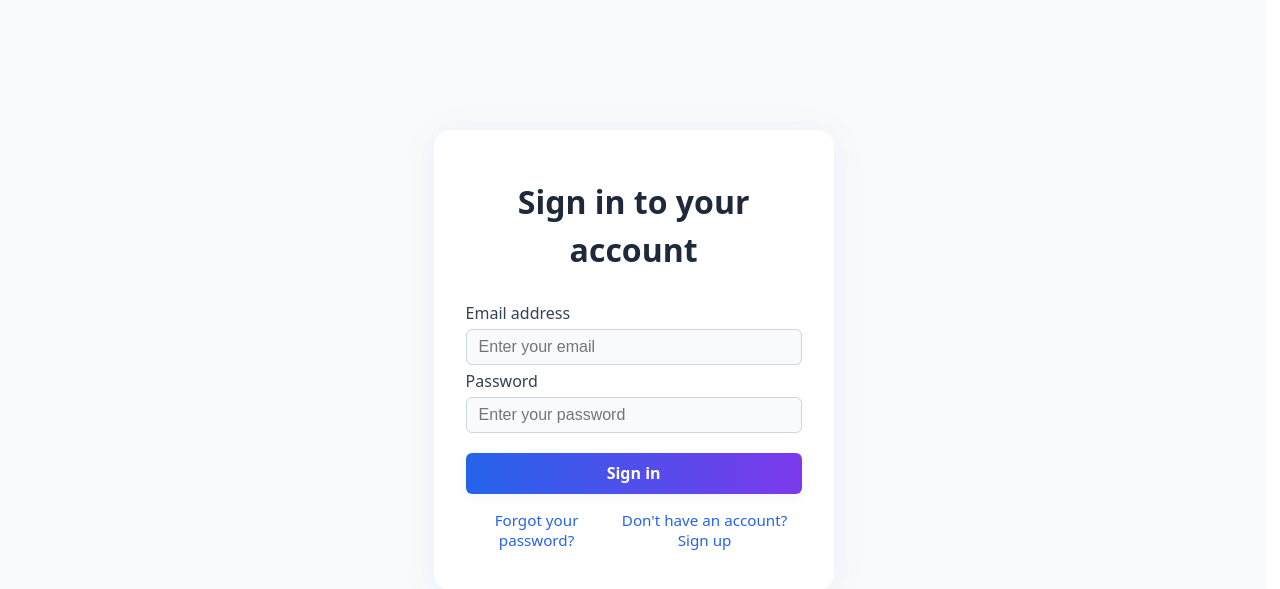
Repository: him021204/Task-Manager
Page: / (app in client/)
The author's editor kept a copy of each file at every save. The page is drawn from the files as they stood at one save, then again after the next save.
The browser window is 1280 px wide. The pictures show the whole page.
The page's requests for data from a server got no answer. The project was rebuilt for these pictures with package versions that can differ from the ones it lists, and the page was loaded fresh each time. No one was signed in, and anything a server would have sent is missing. Also part of the build but not shown: client/vite.config.js, client/src/pages/Dashboard.css, client/src/pages/Dashboard.jsx, client/src/pages/Register.css, client/src/pages/Register.jsx, client/src/pages/Analytics.css, client/src/pages/Analytics.jsx, client/src/pages/CalendarView.css and 1 more.

Above is the page before, as saved 2025-06-16 19:59:37.

### client/src/App.jsx
import { BrowserRouter as Router, Routes, Route } from 'react-router-dom';
import { SocketProvider } from './context/SocketContext';
import { AuthProvider } from './context/AuthContext';
import Home from './pages/Home';
import Dashboard from './pages/Dashboard';
import Login from './pages/Login';
import Register from './pages/Register';
import Analytics from './pages/Analytics';
import CalendarView from './pages/CalendarView';
import { ToastContainer } from 'react-toastify';
import 'react-toastify/dist/ReactToastify.css';

const App = () => {
  // You can also remove the dark state if not needed
  // const [dark, setDark] = useState(false);
  return (
    <div className="min-h-screen bg-gray-100 text-black">
      <AuthProvider>
        <SocketProvider>
          <Router>
            <main className="pt-12 px-2 max-w-7xl mx-auto">
              <Routes>
                <Route path="/" element={<Login />} />
                <Route path="/home" element={<Home />} />
                <Route path="/dashboard" element={<Dashboard />} />
                <Route path="/register" element={<Register />} />
                <Route path="/analytics" element={<Analytics />} />
                <Route path="/calendar" element={<CalendarView />} />
              </Routes>
            </main>
          </Router>
          <ToastContainer position="top-right" autoClose={3000} />
        </SocketProvider>
      </AuthProvider>
    </div>
  );
};

export default App;

### client/src/context/SocketContext.jsx
import { createContext, useContext, useEffect } from 'react';
import { socket } from '../utils/socket';

const SocketContext = createContext();

export const SocketProvider = ({ children }) => {
  useEffect(() => {
    return () => socket.disconnect();
  }, []);

  return (
    <SocketContext.Provider value={socket}>
      {children}
    </SocketContext.Provider>
  );
};

export const useSocket = () => useContext(SocketContext);

### client/src/context/AuthContext.jsx
import { createContext, useContext, useEffect, useState } from 'react';
import axios from 'axios';

export const AuthContext = createContext();

export const AuthProvider = ({ children }) => {
  const [user, setUser] = useState(null);
  const [token, setToken] = useState(localStorage.getItem('token'));

  useEffect(() => {
    if (token) {
      axios.defaults.headers.common['Authorization'] = `Bearer ${token}`;
      setUser(JSON.parse(localStorage.getItem('user')));
    }
  }, [token]);

  const login = (data) => {
    localStorage.setItem('token', data.token);
    localStorage.setItem('user', JSON.stringify(data.user));
    setUser(data.user);
    setToken(data.token);
  };

  const logout = () => {
    localStorage.clear();
    setUser(null);
    setToken(null);
  };

  return (
    <AuthContext.Provider value={{ user, login, logout }}>
      {children}
    </AuthContext.Provider>
  );
};

export const useAuth = () => useContext(AuthContext);

### client/src/pages/Login.jsx
import { useNavigate } from 'react-router-dom';
import { useState } from 'react';
import axios from 'axios';
import './Login.css';

const Login = () => {
  const navigate = useNavigate();
  const [form, setForm] = useState({ email: '', password: '' });
  const [errors, setErrors] = useState({});
  const [isLoading, setIsLoading] = useState(false);
  const [serverError, setServerError] = useState('');

  // Handle input changes
  const handleInputChange = (field, value) => {
    setForm((prev) => ({ ...prev, [field]: value }));
    setErrors((prev) => ({ ...prev, [field]: '' }));
  };

  // Handle form submit
  const handleSubmit = async (e) => {
  e.preventDefault();

  let newErrors = {};
  if (!form.email) newErrors.email = 'Email is required';
  if (!form.password) newErrors.password = 'Password is required';
  setErrors(newErrors);
  if (Object.keys(newErrors).length > 0) return;

  try {
    setIsLoading(true);
    setServerError('');
    const res = await axios.post('http://localhost:5000/api/auth/login', form);
    if (res.data.token) {
      localStorage.setItem('token', res.data.token);
      navigate('/home');
    } else {
      setServerError('No token received from server');
    }
  } catch {
    setServerError('Invalid email or password');
  } finally {
    setIsLoading(false);
  }
};

  return (
    <div className="login-bg">
      <div className="login-container">
        <h2 className="login-title">Sign in to your account</h2>

        {serverError && (
          <div className="login-alert">{serverError}</div>
        )}

        <form className="space-y-4" onSubmit={handleSubmit}>
          {/* Email Field */}
          <div>
            <label htmlFor="email" className="login-label">
              Email address
            </label>
            <input
              id="email"
              name="email"
              type="email"
              autoComplete="email"
              required
              className={`login-input${errors.email ? ' error' : ''}`}
              placeholder="Enter your email"
              value={form.email}
              onChange={(e) => handleInputChange('email', e.target.value)}
              disabled={isLoading}
            />
            {errors.email && (
              <div className="login-error">{errors.email}</div>
            )}
          </div>

          {/* Password Field */}
          <div>
            <label htmlFor="password" className="login-label">
              Password
            </label>
            <input
              id="password"
              name="password"
              type="password"
              autoComplete="current-password"
              required
              className={`login-input${errors.password ? ' error' : ''}`}
              placeholder="Enter your password"
              value={form.password}
              onChange={(e) => handleInputChange('password', e.target.value)}
              disabled={isLoading}
            />
            {errors.password && (
              <div className="login-error">{errors.password}</div>
            )}
          </div>

          {/* Submit Button */}
          <button
            type="submit"
            disabled={isLoading}
            className="login-btn"
          >
            {isLoading ? (
              <>
                <svg className="animate-spin -ml-1 mr-3 h-5 w-5 text-white" xmlns="http://www.w3.org/2000/svg" fill="none" viewBox="0 0 24 24">
                  <circle className="opacity-25" cx="12" cy="12" r="10" stroke="currentColor" strokeWidth="4"></circle>
                  <path className="opacity-75" fill="currentColor" d="M4 12a8 8 0 018-8V0C5.373 0 0 5.373 0 12h4zm2 5.291A7.962 7.962 0 014 12H0c0 3.042 1.135 5.824 3 7.938l3-2.647z"></path>
                </svg>
                Signing in...
              </>
            ) : (
              'Sign in'
            )}
          </button>
        </form>

        {/* Additional Links */}
        <div className="login-links">
          <button className="login-link-btn" type="button">
            Forgot your password?
          </button>
          <button
            className="login-link-btn"
            type="button"
            onClick={() => navigate('/register')}
          >
            Don't have an account? Sign up
          </button>
        </div>
      </div>
    </div>
  );
};

export default Login;

### client/src/pages/Home.css
/* Base Container */
*,
*::before,
*::after {
  box-sizing: border-box;
}

.home-container {
  min-height: 100vh;
  width: 99vw;
  background: linear-gradient(135deg, #f1f5f9 0%, #e0f2fe 50%, #e0e7ff 100%);
  font-family: -apple-system, BlinkMacSystemFont, "Segoe UI", Roboto, sans-serif;
  overflow-x: hidden;
}

/* Navigation Bar */
.navbar {
  width: 100%;
  background: rgba(255, 255, 255, 0.85);
  border-bottom: 1px solid #e5e7eb;
  padding: 16px 0;
  position: sticky;
  top: 0;
  z-index: 50;
}

.nav-content {
  max-width: 1200px;
  margin: 0 auto;
  display: flex;
  align-items: center;
  justify-content: space-between;
  padding: 0 32px;
}

.logo {
  font-weight: bold;
  font-size: 22px;
  color: #2563eb;
  letter-spacing: 1px;
}

.nav-links {
  display: flex;
  gap: 28px;
}

.nav-link {
  color: #475569;
  font-weight: 500;
  text-decoration: none;
  transition: color 0.3s ease, outline 0.2s;
  outline: none;
}

.nav-link.active,
.nav-link:focus,
.nav-link:hover {
  color: #2563eb;
  outline: 2px solid #2563eb;
  outline-offset: 2px;
}

/* Welcome Banner */
.welcome-banner {
  background: linear-gradient(90deg, rgba(59, 130, 246, 0.1), rgba(168, 85, 247, 0.1), rgba(34, 197, 94, 0.1));
  backdrop-filter: blur(10px);
  border-bottom: 1px solid rgba(255, 255, 255, 0.2);
  padding: 16px;
  text-align: center;
  font-size: 1.1rem;
}

/* Hero Section */
.hero-section {
  padding: 80px 20px;
  position: relative;
  overflow: hidden;
}

.bg-element {
  position: absolute;
  border-radius: 50%;
  filter: blur(60px);
  animation: pulse 4s infinite;
  pointer-events: none;
  z-index: 1;
}

.bg-element-1 {
  top: -160px;
  right: -160px;
  width: 320px;
  height: 320px;
  background: linear-gradient(135deg, rgba(59, 130, 246, 0.3), rgba(147, 51, 234, 0.3));
}

.bg-element-2 {
  bottom: -160px;
  left: -160px;
  width: 384px;
  height: 384px;
  background: linear-gradient(45deg, rgba(34, 197, 94, 0.2), rgba(59, 130, 246, 0.2));
  animation: pulse 6s infinite;
}

.hero-content {
  max-width: 1200px;
  margin: 0 auto;
  position: relative;
  z-index: 10;
}

.hero-text {
  text-align: center;
  margin-bottom: 64px;
}

/* Main Heading */
.main-heading {
  margin-bottom: 32px;
}

.heading-line-1, .heading-line-2 {
  display: inline-block;
  text-align: center;
  font-size: clamp(36px, 8vw, 100px);
  font-weight: bold;
  line-height: 1.1;
  border-radius: 30px;
  margin: 0;
  -webkit-background-clip: text;
  background-clip: text;
  width: 100%;
}

.heading-line-1 {
  background: linear-gradient(135deg, #1e293b, #1d4ed8, #4338ca);
  margin-bottom: 6px;
}

.heading-line-2 {
  background: linear-gradient(135deg, #2563eb, #7c3aed, #4f46e5);
}

/* Subtitle */
.subtitle {
  font-size: clamp(16px, 3vw, 28px);
  color: #475569;
  margin-bottom: 48px;
  max-width: 800px;
  margin: 0 auto 48px auto;
  line-height: 1.6;
  font-weight: 300;
}

.highlight {
  font-weight: 600;
  color: #1d4ed8;
}

/* CTA Container */
.cta-container {
  display: flex;
  flex-direction: row;
  justify-content: center;
  gap: 24px;
  margin-bottom: 80px;
}

@media (max-width: 640px) {
  .cta-container {
    flex-direction: column;
    gap: 16px;
  }
}

.cta-button {
  background: linear-gradient(135deg, #2563eb, #7c3aed);
  color: white;
  padding: 20px 40px;
  border-radius: 16px;
  font-weight: bold;
  font-size: 20px;
  border: none;
  cursor: pointer;
  box-shadow: 0 20px 40px rgba(37, 99, 235, 0.3);
  transition: all 0.3s ease;
  display: flex;
  align-items: center;
  justify-content: center;
  gap: 8px;
  text-decoration: none;
}

.cta-button:focus,
.cta-button:hover {
  background: linear-gradient(135deg, #1d4ed8, #7c3aed);
  outline: 2px solid #2563eb;
  outline-offset: 2px;
}

/* Stats Section */
.stats-grid {
  display: grid;
  grid-template-columns: repeat(auto-fit, minmax(300px, 1fr));
  gap: 32px;
  max-width: 1000px;
  margin: 0 auto;
}

.stat-card {
  background: rgba(255, 255, 255, 0.6);
  backdrop-filter: blur(20px);
  padding: 32px;
  border-radius: 24px;
  box-shadow: 0 20px 40px rgba(0, 0, 0, 0.1);
  border: 1px solid rgba(255, 255, 255, 0.2);
  text-align: center;
  transition: all 0.5s ease;
  cursor: pointer;
}

.stat-card:focus,
.stat-card:hover {
  box-shadow: 0 30px 60px rgba(37, 99, 235, 0.15);
  border-color: #2563eb;
}

.stat-icon {
  font-size: 48px;
  margin-bottom: 16px;
}

.stat-number {
  font-size: 48px;
  font-weight: bold;
  -webkit-background-clip: text;
  -webkit-text-fill-color: transparent;
  background-clip: text;
  margin-bottom: 12px;
}

.gradient-blue {
  background: linear-gradient(135deg, #2563eb, #06b6d4);
}

.gradient-green {
  background: linear-gradient(135deg, #10b981, #34d399);
}

.gradient-purple {
  background: linear-gradient(135deg, #8b5cf6, #ec4899);
}

.stat-label {
  color: #64748b;
  font-weight: 500;
  font-size: 18px;
}

/* Features Section */
.features-section {
  padding: 96px 20px;
  background: rgba(248, 250, 252, 0.5);
}

.features-container {
  max-width: 1200px;
  margin: 0 auto;
}

/* Section Header */
.section-header {
  text-align: center;
  margin-bottom: 80px;
}

.features-title {
  font-size: clamp(32px, 6vw, 72px);
  font-weight: bold;
  margin-bottom: 24px;
  background: linear-gradient(135deg, #1e293b, #1d4ed8);
  -webkit-background-clip: text;
  -webkit-text-fill-color: transparent;
  background-clip: text;
}

.features-subtitle {
  font-size: 24px;
  color: #475569;
  max-width: 600px;
  margin: 0 auto;
  line-height: 1.6;
}

/* Features Grid */
.features-grid {
  display: grid;
  grid-template-columns: repeat(auto-fit, minmax(300px, 1fr));
  gap: 32px;
  margin-bottom: 96px;
}

.feature-card {
  background: rgba(255, 255, 255, 0.4);
  backdrop-filter: blur(20px);
  padding: 40px;
  border-radius: 24px;
  box-shadow: 0 30px 60px rgba(0, 0, 0, 0.1);
  border: 1px solid rgba(255, 255, 255, 0.3);
  transition: all 0.5s ease;
  cursor: pointer;
}

.feature-card:focus,
.feature-card:hover {
  box-shadow: 0 40px 80px rgba(37, 99, 235, 0.15);
  border-color: #2563eb;
}

.feature-icon-container {
  margin-bottom: 32px;
  padding: 16px;
  background: linear-gradient(135deg, rgba(255, 255, 255, 0.8), rgba(248, 250, 252, 0.8));
  border-radius: 16px;
  display: inline-block;
  box-shadow: 0 8px 16px rgba(0, 0, 0, 0.1);
}

.feature-icon {
  width: 32px;
  height: 32px;
}

.blue-icon {
  color: #3b82f6;
}

.green-icon {
  color: #10b981;
}

.purple-icon {
  color: #8b5cf6;
}

.feature-title {
  font-size: 24px;
  font-weight: bold;
  color: #1e293b;
  margin-bottom: 24px;
}

.feature-description {
  color: #475569;
  line-height: 1.6;
  font-size: 18px;
}

/* Bottom CTA */
.bottom-cta {
  text-align: center;
}

.cta-card {
  background: linear-gradient(135deg, #2563eb, #7c3aed, #4f46e5);
  padding: 64px;
  border-radius: 24px;
  box-shadow: 0 40px 80px rgba(37, 99, 235, 0.3);
  position: relative;
  overflow: hidden;
}

.cta-overlay {
  position: absolute;
  inset: 0;
  background: linear-gradient(135deg, rgba(59, 130, 246, 0.2), rgba(168, 85, 247, 0.2));
  animation: pulse 3s infinite;
}

.cta-content {
  position: relative;
}

.cta-title {
  font-size: clamp(28px, 5vw, 56px);
  font-weight: bold;
  color: white;
  margin-bottom: 24px;
}

.cta-subtitle {
  font-size: 22px;
  margin-bottom: 40px;
  color: rgba(219, 234, 254, 1);
  max-width: 600px;
  margin: 0 auto 40px auto;
}

.trial-button {
  background: white;
  color: #2563eb;
  padding: 24px 48px;
  border-radius: 16px;
  font-weight: bold;
  font-size: 20px;
  border: none;
  cursor: pointer;
  box-shadow: 0 20px 40px rgba(0, 0, 0, 0.2);
  transition: all 0.3s ease;
  display: inline-flex;
  align-items: center;
  gap: 12px;
}

.trial-button:focus,
.trial-button:hover {
  background: #2563eb;
  color: #fff;
  outline: 2px solid #fff;
  outline-offset: 2px;
}

/* Footer */
.footer {
  background: rgba(255, 255, 255, 0.3);
  backdrop-filter: blur(20px);
  padding: 64px 20px;
  border-top: 1px solid rgba(255, 255, 255, 0.2);
}

.footer-content {
  max-width: 1000px;
  margin: 0 auto;
  text-align: center;
}

.footer-text {
  color: #64748b;
  font-size: 20px;
  margin-bottom: 32px;
}

.footer-links {
  display: flex;
  justify-content: center;
  gap: 48px;
  flex-wrap: wrap;
}

.footer-link {
  color: #64748b;
  font-size: 18px;
  font-weight: 500;
  text-decoration: none;
  transition: color 0.3s ease;
}

.footer-link:focus,
.footer-link:hover {
  color: #2563eb;
  outline: 2px solid #2563eb;
  outline-offset: 2px;
}

/* Animations */
@keyframes pulse {
  0%, 100% {
    opacity: 1;
  }
  50% {
    opacity: 0.5;
  }
}

/* Responsive Tweaks */
@media (max-width: 900px) {
  .nav-content {
    padding: 0 12px;
  }
  .hero-section {
    padding: 40px 8px;
  }
  .features-section {
    padding: 48px 8px;
  }
  .cta-card {
    padding: 32px;
  }
}

@media (max-width: 600px) {
  .main-heading {
    font-size: 2rem;
  }
  .stat-card,
  .feature-card {
    padding: 18px;
    border-radius: 14px;
  }
  .cta-card {
    padding: 18px;
    border-radius: 14px;
  }
  .footer {
    padding: 24px 8px;
  }
}

### client/src/pages/Login.css
.login-bg {
  min-height: 100vh;
  width: 99vw;
  display: flex;
  align-items: center;
  justify-content: center;
  background: #f9fafb;
  padding: 3rem 1rem;
}

.login-container {
  width: 100%;
  max-width: 400px;
  background: #fff;
  border-radius: 1rem;
  box-shadow: 0 4px 32px rgba(37, 99, 235, 0.08);
  padding: 2.5rem 2rem;
  margin: 0 auto;
}

.login-title {
  margin-top: 0.5rem;
  text-align: center;
  font-size: 2rem;
  font-weight: 800;
  color: #1e293b;
}

.login-alert {
  background: #fef2f2;
  border: 1px solid #fecaca;
  color: #dc2626;
  padding: 0.75rem 1rem;
  border-radius: 0.5rem;
  font-size: 0.95rem;
  margin-bottom: 1rem;
  text-align: center;
}

.login-label {
  display: block;
  font-size: 1rem;
  font-weight: 500;
  color: #334155;
  margin-bottom: 0.25rem;
}

.login-input {
  width: 100%;
  padding: 0.5rem 0.75rem;
  border: 1px solid #cbd5e1;
  border-radius: 0.375rem;
  font-size: 1rem;
  color: #1e293b;
  background: #f8fafc;
  margin-bottom: 0.25rem;
  transition: border 0.2s;
}

.login-input:focus {
  outline: none;
  border-color: #2563eb;
  background: #fff;
}

.login-input.error {
  border-color: #f87171;
  background: #fef2f2;
}

.login-error {
  color: #dc2626;
  font-size: 0.95rem;
  margin-bottom: 0.5rem;
}

.login-btn {
  width: 100%;
  display: flex;
  justify-content: center;
  align-items: center;
  padding: 0.6rem 0;
  background: linear-gradient(90deg, #2563eb, #7c3aed);
  color: #fff;
  font-weight: 600;
  font-size: 1rem;
  border: none;
  border-radius: 0.375rem;
  margin-top: 1rem;
  margin-bottom: 1rem;
  cursor: pointer;
  transition: background 0.2s, box-shadow 0.2s;
  box-shadow: 0 2px 12px rgba(37, 99, 235, 0.08);
}

.login-btn:disabled {
  background: #cbd5e1;
  cursor: not-allowed;
}

.login-links {
  display: flex;
  justify-content: space-between;
  align-items: center;
  margin-top: 0.5rem;
}

.login-link-btn {
  background: none;
  border: none;
  color: #2563eb;
  font-weight: 500;
  font-size: 0.95rem;
  cursor: pointer;
  padding: 0;
  transition: color 0.2s;
}

.login-link-btn:hover {
  color: #7c3aed;
}

Loaded but not shown: client/index.html (common file); client/src/main.jsx (common file); client/src/index.css (common file); client/src/utils/socket.js (2 lines, source omitted); client/src/pages/Home.jsx (271 lines, source omitted)

After the next save:
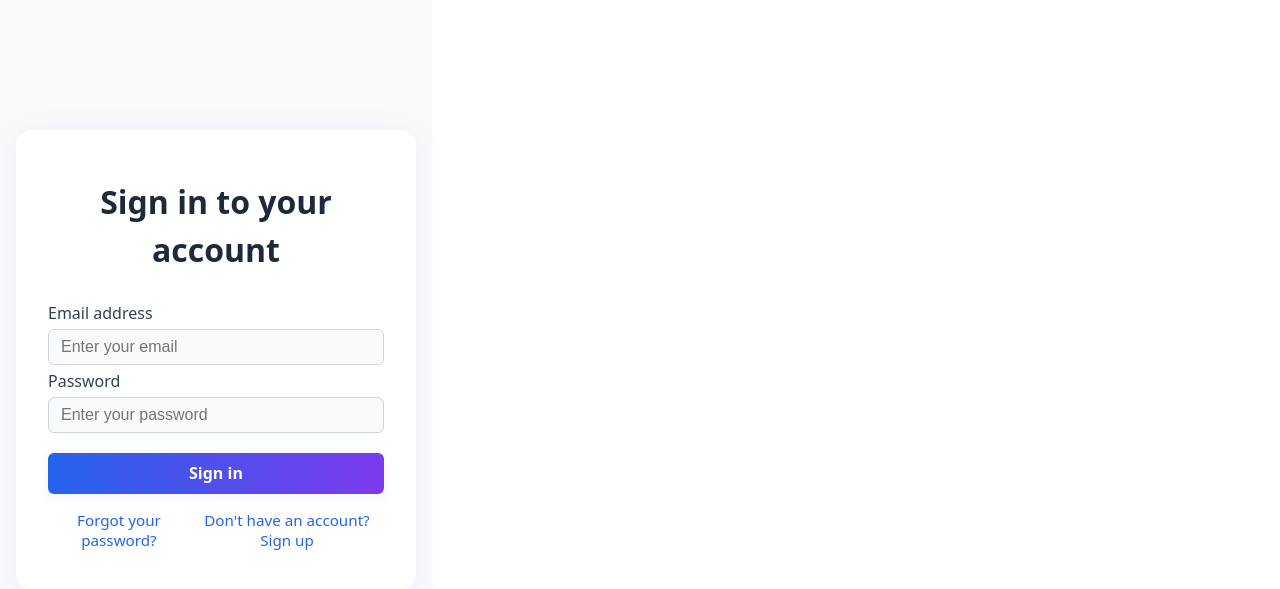
Saved 10 s later.
--- a/client/src/pages/Login.css
+++ b/client/src/pages/Login.css
@@ -1,6 +1,6 @@
 .login-bg {
   min-height: 100vh;
-  width: 99vw;
+  width: auto;
   display: flex;
   align-items: center;
   justify-content: center;

After the save that followed:
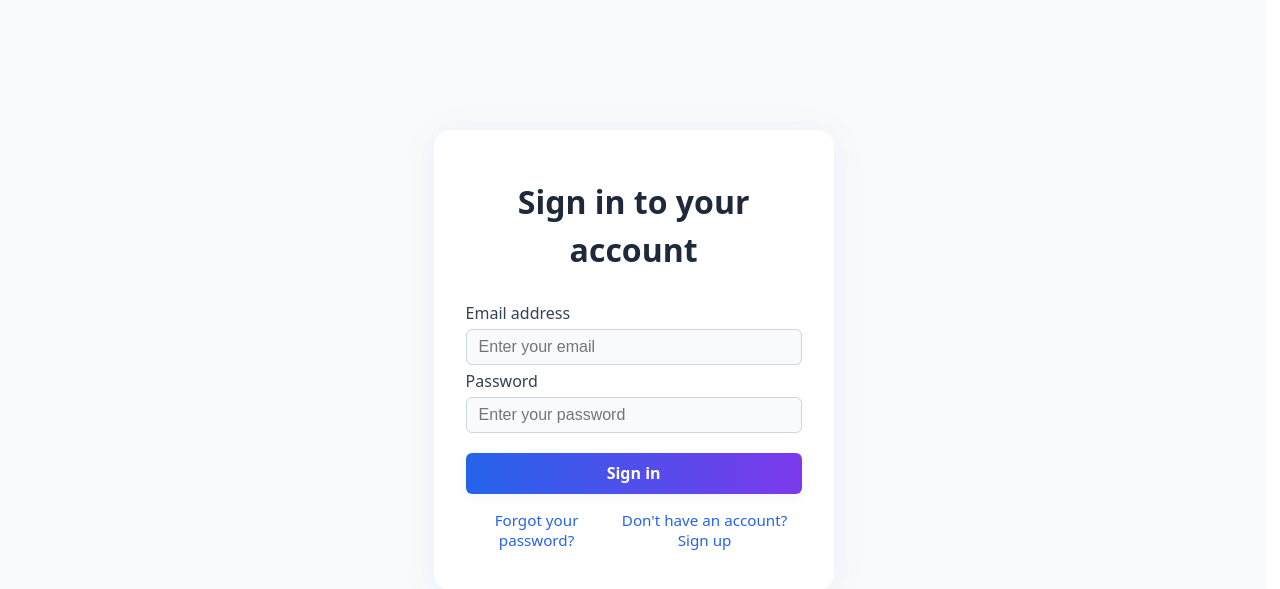
Saved 12 s later.
--- a/client/src/pages/Login.css
+++ b/client/src/pages/Login.css
@@ -1,6 +1,6 @@
 .login-bg {
   min-height: 100vh;
-  width: auto;
+  width: 99vw;
   display: flex;
   align-items: center;
   justify-content: center;
